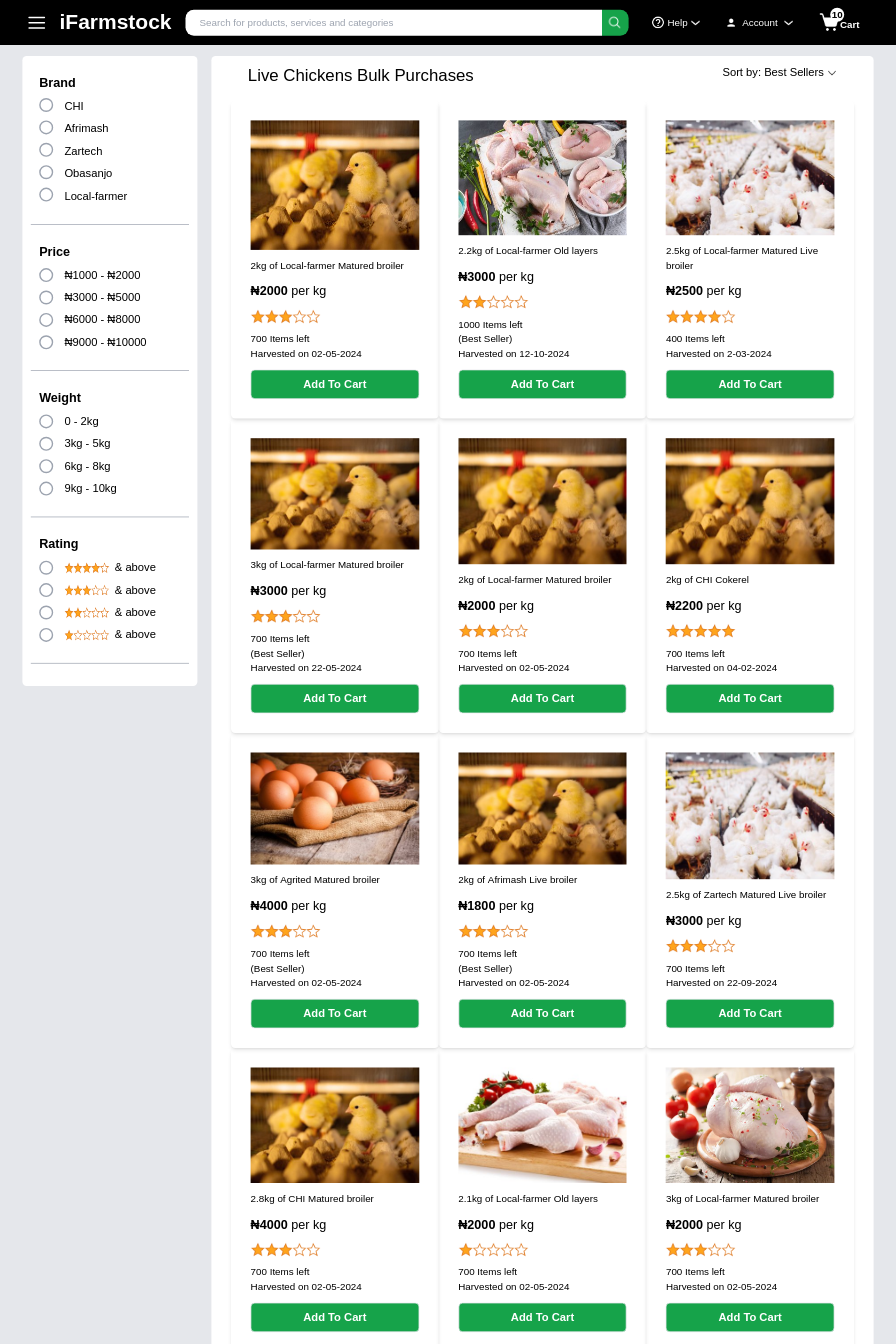
Repository: IssaMuiz/ifarmstock
Page: /live-chickens-bulk-purchases
An editor plug-in stored every save of this project. The page is shown before and after the next save, followed by the edit.
The browser window is 1280 px wide. The pictures show the part of the page from y = 0 to 1920 px (the page is 3308 px tall before and 1517 px after), at 70% of full size.
The project was rebuilt for these pictures with package versions that can differ from the ones it lists, and the page was loaded fresh each time. The framework's server and built-in components were replaced by stand-ins that run in the browser. Also part of the build but not shown: next.config.mjs.

Above is the page before, as saved 2024-09-14 02:47:49.

After the next save:
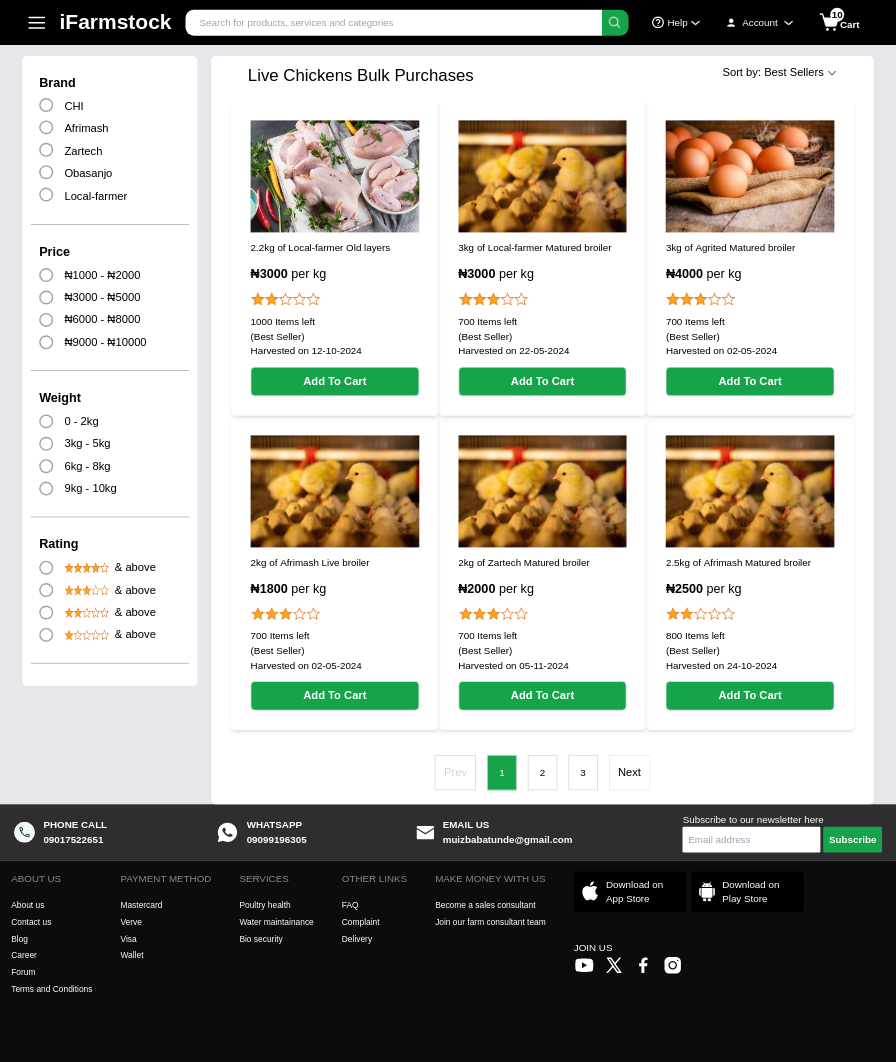
Saved 54 s later.
--- a/app/live-chickens-bulk-purchases/page.tsx
+++ b/app/live-chickens-bulk-purchases/page.tsx
@@ -80,24 +80,10 @@
     },
   ];
 
-  useEffect(() => {
-    const fetchData = async () => {
-      const data = await fetch("/models/liveChickensBulkPurchases.json").then(
-        (res) => res.json()
-      );
-
-      setProducts(data);
-
-      console.log(data);
-    };
-    fetchData();
-  }, []);
-
   const calculateDiscountPrice = (
     product: ProductType,
     weight: number
   ): number => {
-    console.log("hello products");
     const basePrice = product.price * weight;
     let discount = 0;
 

After the save that followed:
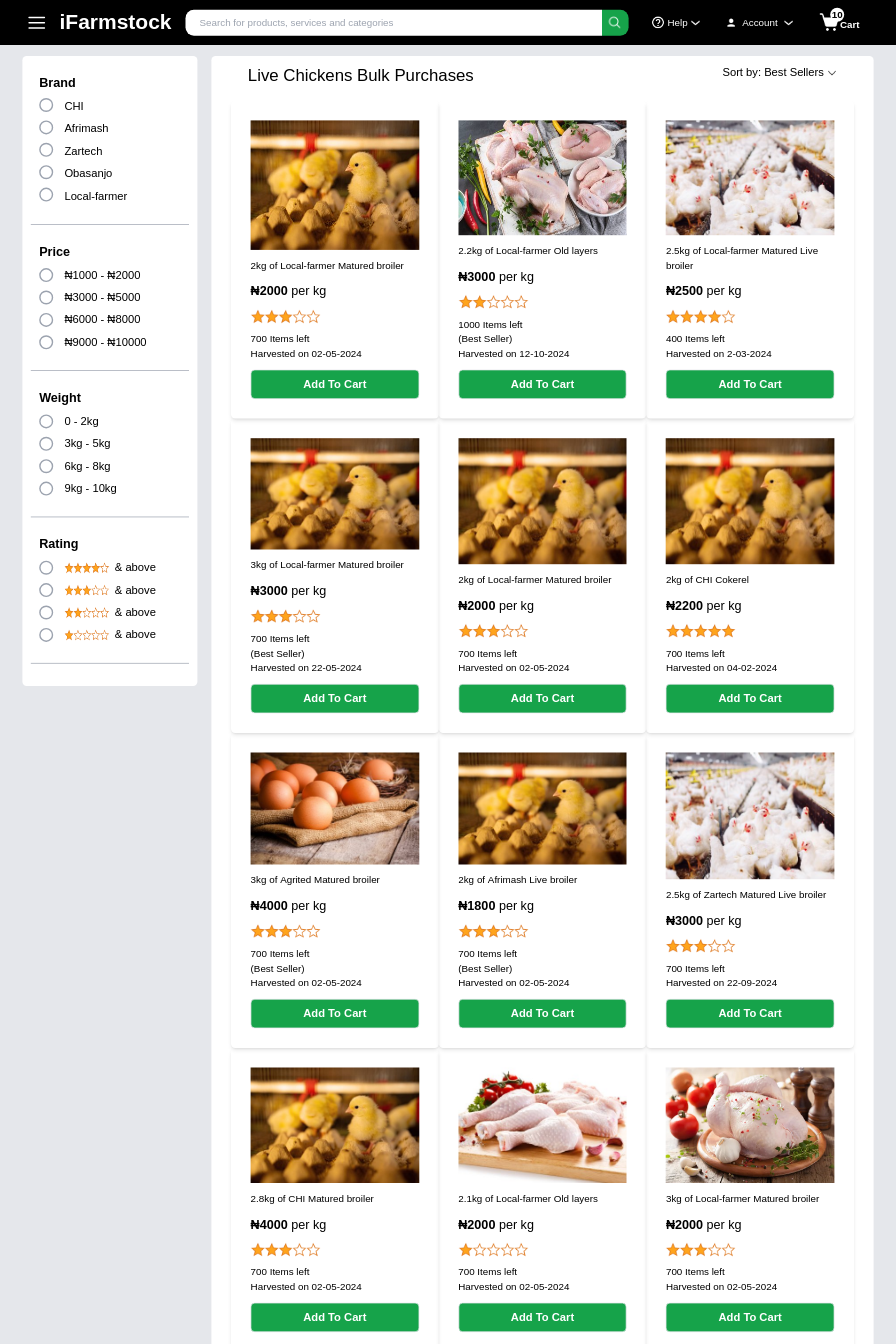
Saved 36 s later.
--- a/app/live-chickens-bulk-purchases/page.tsx
+++ b/app/live-chickens-bulk-purchases/page.tsx
@@ -79,6 +79,19 @@
       img: "/assets/icons/rating-10.png",
     },
   ];
+
+  useEffect(() => {
+    const fetchData = async () => {
+      const data = await fetch("/models/liveChickensBulkPurchases.json").then(
+        (res) => res.json()
+      );
+
+      setProducts(data);
+
+      console.log(data);
+    };
+    fetchData();
+  }, []);
 
   const calculateDiscountPrice = (
     product: ProductType,
